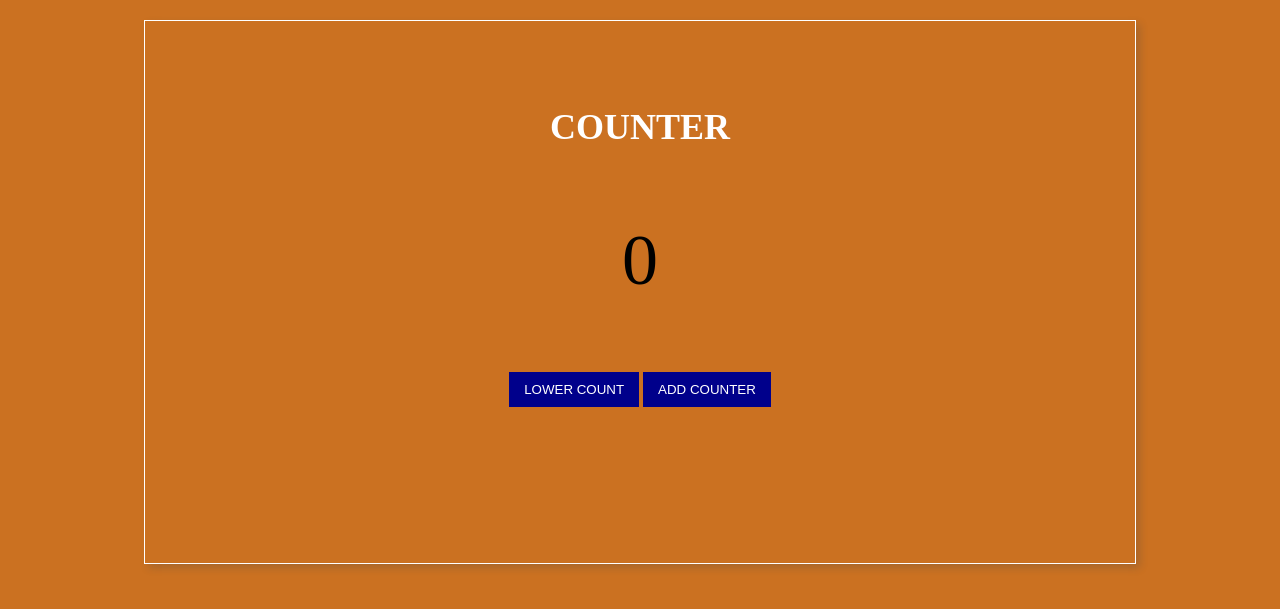
Repository: lusine-tech/counter
Page: index.html
The author's editor kept a copy of each file at every save. The page is drawn from the files as they stood at one save, then again after the next save.
The browser window is 1280 px wide. The pictures show the whole page.

Above is the page before, as saved 2022-02-14 19:19:32.

### index.html
<!DOCTYPE html>
<html lang="en">
<head>
    <meta charset="UTF-8">
    <meta http-equiv="X-UA-Compatible" content="IE=edge">
    <meta name="viewport" content="width=device-width, initial-scale=1.0">
    <link rel="stylesheet" href="style.css">
    <title>counter</title>
</head>
<body>
    <section class="background">
        <div class="block">
            <h3 class="title">Counter</h3>
            <p class="num" id="value">0</p>
    <div class="buttons">
       <button class="btn" id="decrease">lower count</button>
       <button class="btn" id="increase">add Counter</button>
    </div>
    <div class="inputs">
        <p class="sum"></p>
    </div>
    </div>
    </section>
   <script src="/script.js"></script>
</body>
</html>

### style.css
*{
    margin: 0;
    padding: 0;
    box-sizing: border-box;
}

.background {
    height: 100vh;
    width: 100vw;
    background-color: #cb7121;
    display: flex;
   justify-content: center;
   padding: 20px;
}

.block {
    display: flex;
    align-items: center;
    justify-content: space-around;
    flex-direction: column;

    height: 80%;
    width: 80%;
    border: 1px solid #fff;
    padding: 50px 20px;
    -webkit-box-shadow: 4px 4px 8px 0px rgba(34, 60, 80, 0.2);
-moz-box-shadow: 4px 4px 8px 0px rgba(34, 60, 80, 0.2);
box-shadow: 4px 4px 8px 0px rgba(34, 60, 80, 0.2);
}
.title {
    color: #fff;
    font-size: 36px;
    text-transform: uppercase;
}
.num {
    font-size: 72px;
}
.btn {
    padding: 10px 15px;
    color: #fff;
        cursor: pointer;
    transition: 0.5s ease;
    border: none;
    outline: none;
    background-color: #00008B;
    text-transform: uppercase;
}

.btn:hover {
    background-color: #303f9f;
}

### script.js
const decrease = document.querySelector("#decrease");
const increase = document.querySelector("#increase");
const num = document.querySelector("#value");
let integer = 0;
decrease.addEventListener("click", function () {
integer-=1;
num.innerHTML = integer;
});

increase.addEventListener("click", function () {
  integer += 1;
  num.innerHTML = integer;
});

After the next save:
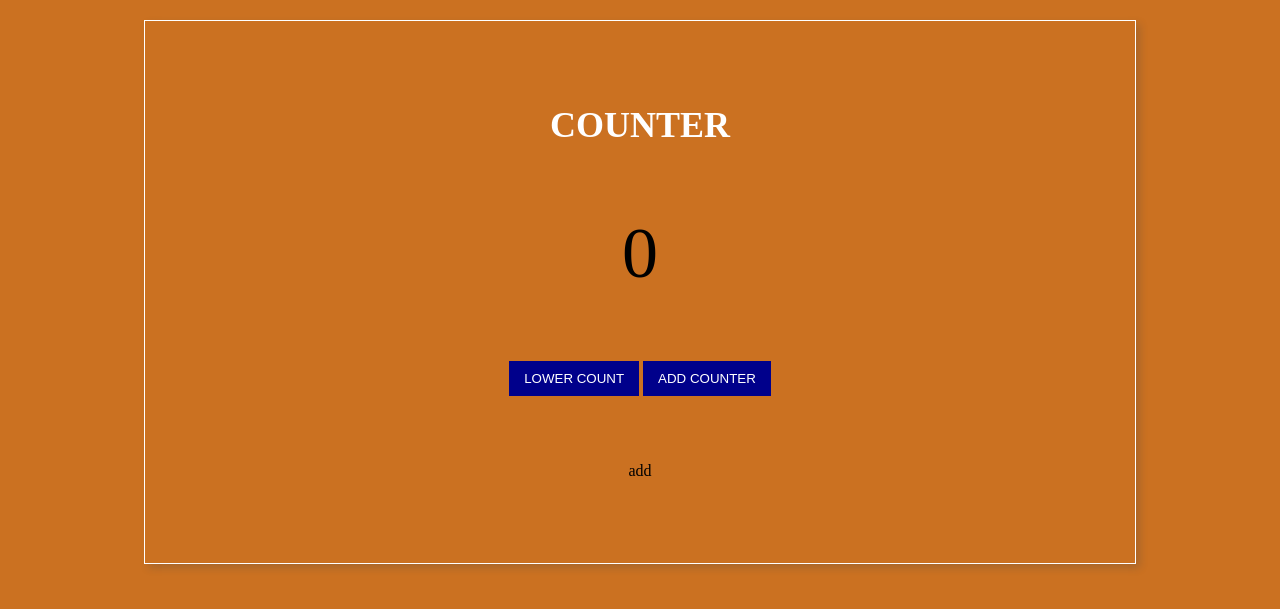
Saved 7 s later.
--- a/index.html
+++ b/index.html
@@ -17,7 +17,7 @@
        <button class="btn" id="increase">add Counter</button>
     </div>
     <div class="inputs">
-        <p class="sum"></p>
+        <p class="sum">add</p>
     </div>
     </div>
     </section>
